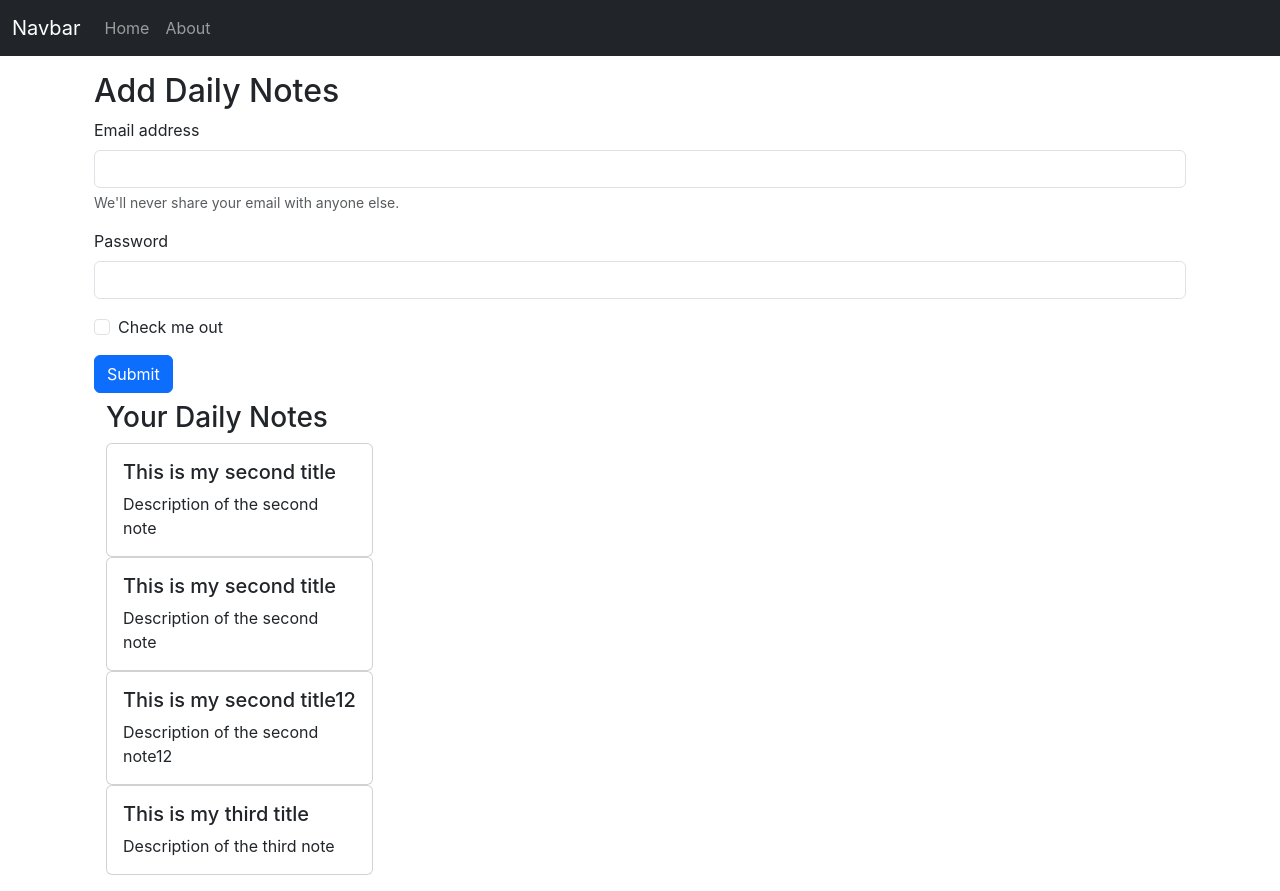
Repository: alphacode77/DailyNotes-react
Page: /
These files come from the project's save history. The page is drawn as it stood at one moment and after the next save; the edit follows.
The browser window is 1280 px wide. The pictures show the whole page.
The project was rebuilt for these pictures with package versions that can differ from the ones it lists, and the page was loaded fresh each time. Also part of the build but not shown: src/App.css, src/components/About.js.

Above is the page before, as saved 2023-02-25 00:35:58.

After the next save:
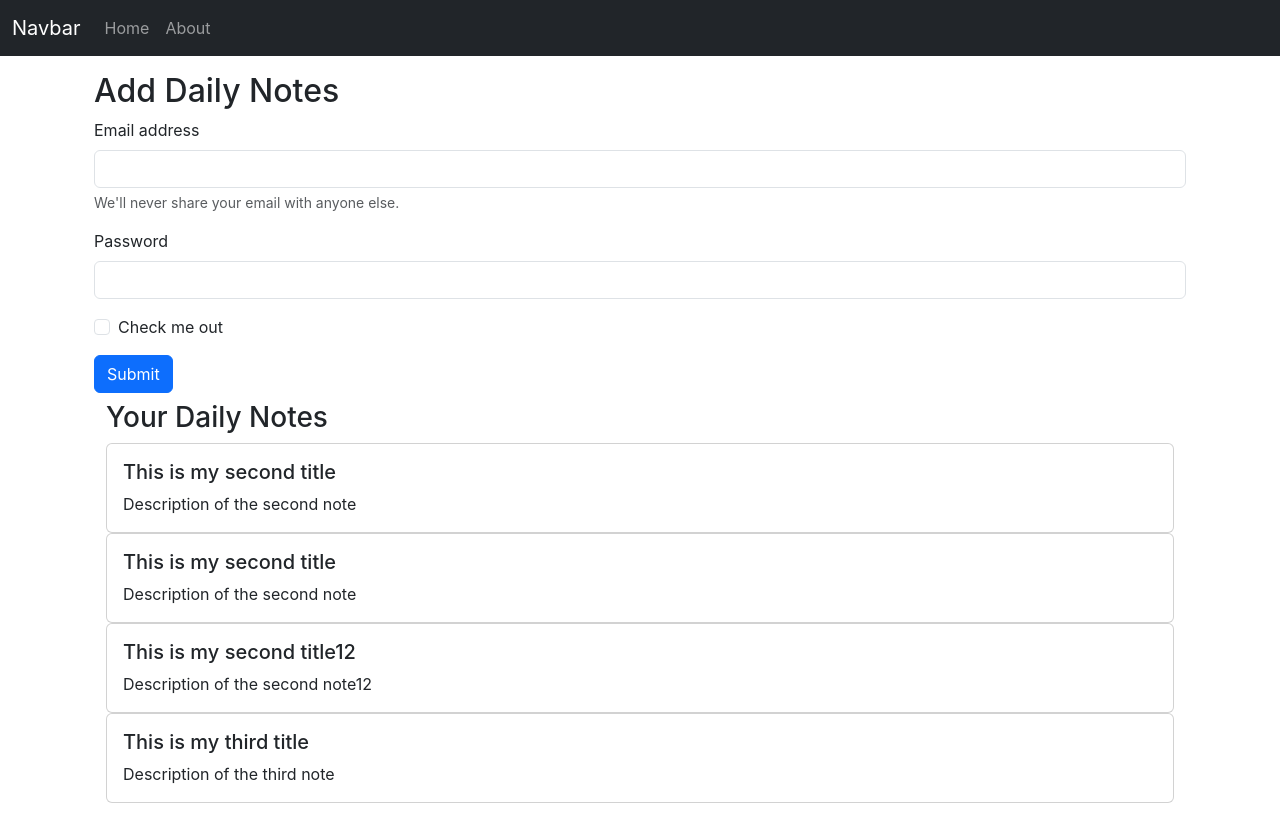
Saved 12 s later.
--- a/src/components/Noteitem.js
+++ b/src/components/Noteitem.js
@@ -3,7 +3,7 @@
 const Noteitem=(props)=> {
     const {note}=props
   return (
-    <div className='col-md-3'>
+    <div className='row-md-3'>
         <div className='card'>
             <div className='card-body'>
                 <h5 className='card-title'>{note.title}</h5>

After the save that followed:
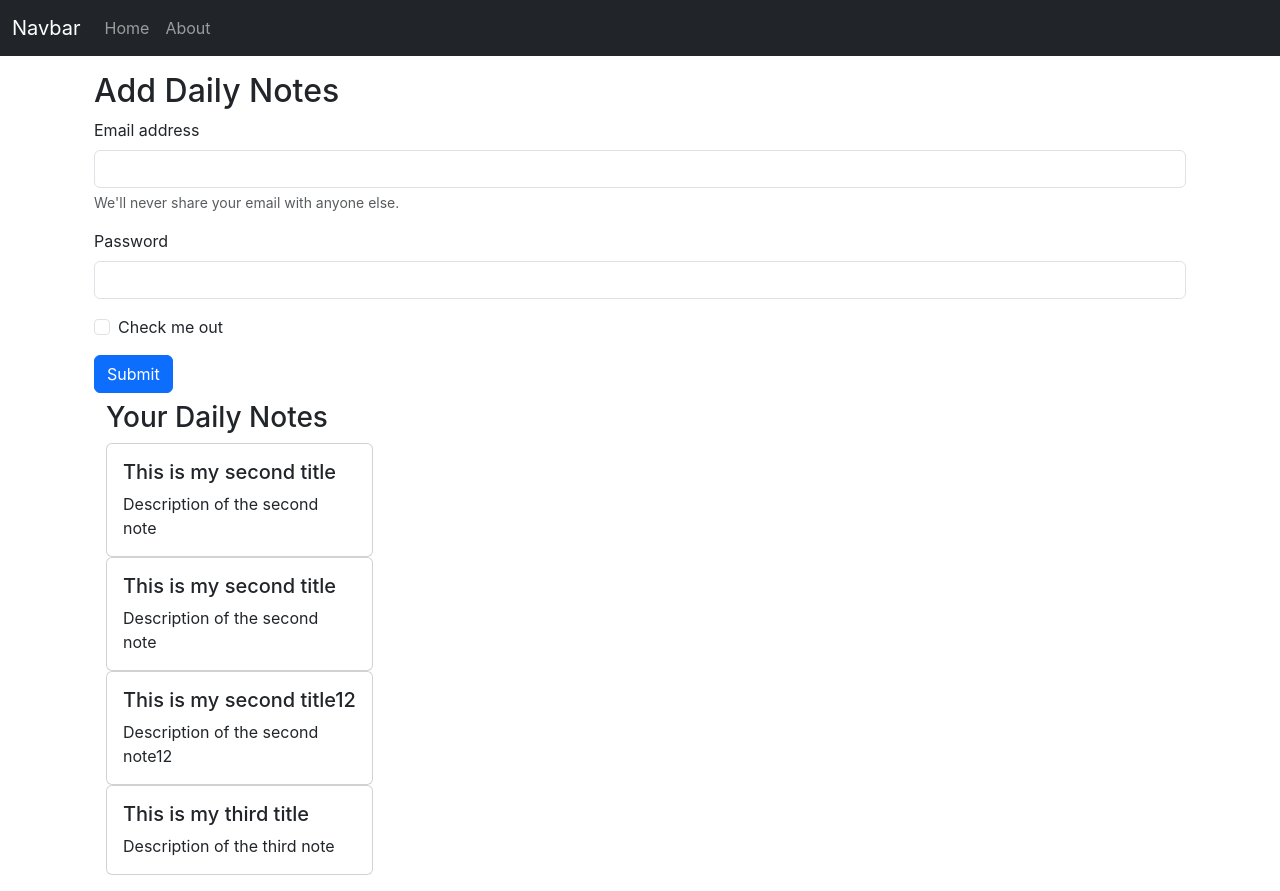
Saved 30 s later.
--- a/src/components/Noteitem.js
+++ b/src/components/Noteitem.js
@@ -3,7 +3,7 @@
 const Noteitem=(props)=> {
     const {note}=props
   return (
-    <div className='row-md-3'>
+    <div className='col-md-3'>
         <div className='card'>
             <div className='card-body'>
                 <h5 className='card-title'>{note.title}</h5>
